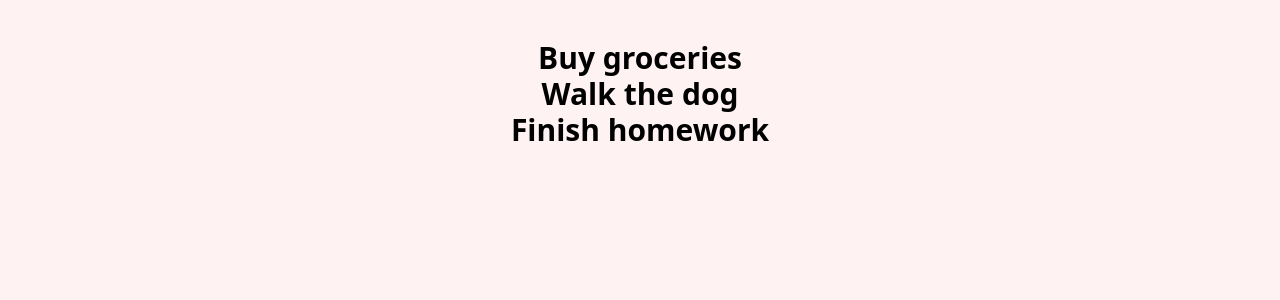
Repository: kocokoy/lodo-list-react-ts-tailwind
Page: /
The author's editor kept a copy of each file at every save. The page is drawn from the files as they stood at one save, then again after the next save.
The browser window is 1280 px wide. The pictures show the whole page.
The project was rebuilt for these pictures with package versions that can differ from the ones it lists, and the page was loaded fresh each time. Also part of the build but not shown: vite.config.ts.

Above is the page before, as saved 2025-07-29 14:30:34.

### src/App.tsx
import { dummyData } from "./data/todos"

function App() {
  return (
   <main className="py-10 bg-red-50 h-screen">
     <h1 className="font-bold text-3xl text-center">
       <div>
        <div>
          {dummyData.map(todo => (
            <p>
              {todo.title}
            </p>
          ))}
        </div>
       </div>
     </h1>
    </main>
  )
}

export default App

### src/data/todos.ts
import type { Todo } from '../types/todo'

export const dummyData: Todo[] = [
  {
    id: 1,
    title: "Buy groceries",
    completed: false
  },
  {
    id: 2,
    title: "Walk the dog",
    completed: true
  },
  {
    id: 3,
    title: "Finish homework",
    completed: false
  }
]

Loaded but not shown: index.html (common file); src/main.tsx (common file); src/index.css (common file); tailwind.config.js (common file)

After the next save:
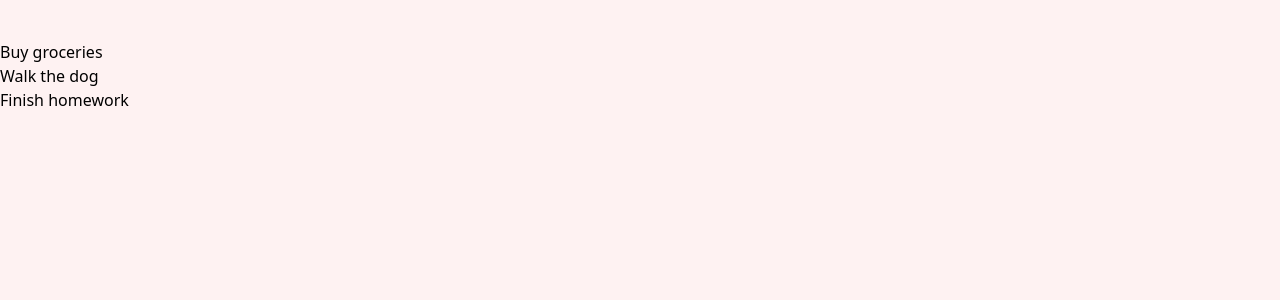
Saved 60 s later.
--- a/src/App.tsx
+++ b/src/App.tsx
@@ -3,7 +3,7 @@ import { dummyData } from "./data/todos"
 function App() {
   return (
    <main className="py-10 bg-red-50 h-screen">
-     <h1 className="font-bold text-3xl text-center">
+     <h1 className="font-bold text-3xl text-center"></h1>
        <div>
         <div>
           {dummyData.map(todo => (
@@ -13,7 +13,6 @@ function App() {
           ))}
         </div>
        </div>
-     </h1>
     </main>
   )
 }
